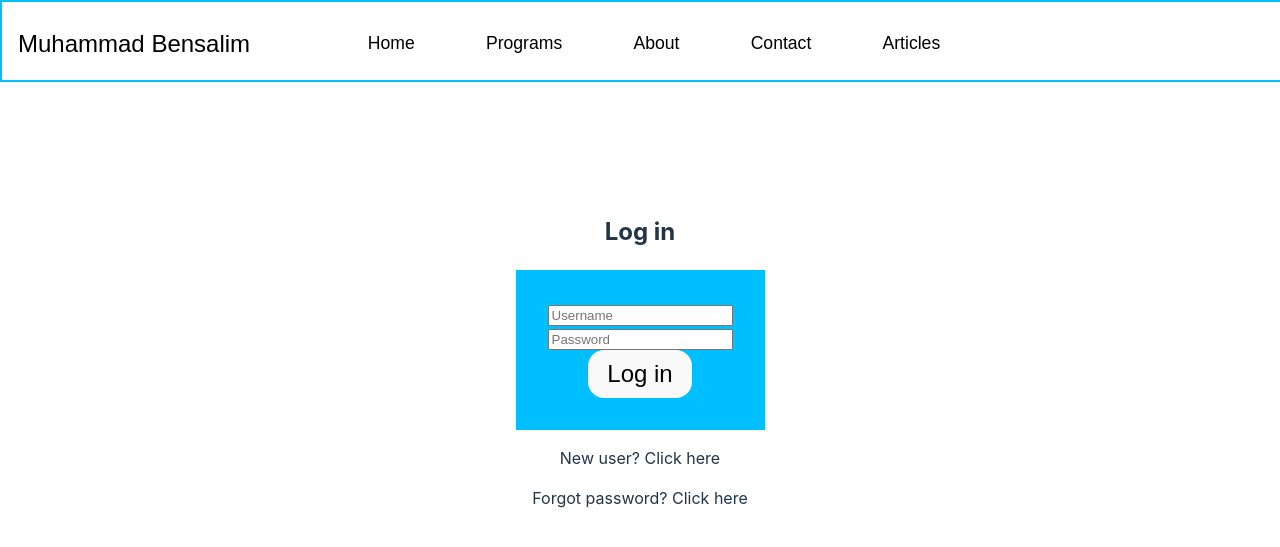
Repository: TMuse333/fitness_templates
Page: /progress
These files come from the project's save history. The page is drawn as it stood at one moment and after the next save; the edit follows.
The browser window is 1280 px wide. The pictures show the whole page.
The project was rebuilt for these pictures with package versions that can differ from the ones it lists, and the page was loaded fresh each time. Also part of the build but not shown: vite.config.js, src/components/herobanner/herobanner.css, src/components/herobanner/herobanner.jsx, src/components/about/about.css, src/components/about/about.jsx, src/components/serviceOffering/serviceOffering.css, src/components/serviceOffering/serviceOffering.jsx, src/data/data.js and 33 more. Imported but missing from the stored project, and not drawn on this page: src/media/best_dunk.mp4.

Above is the page before, as saved 2024-03-09 19:25:28.

After the next save:
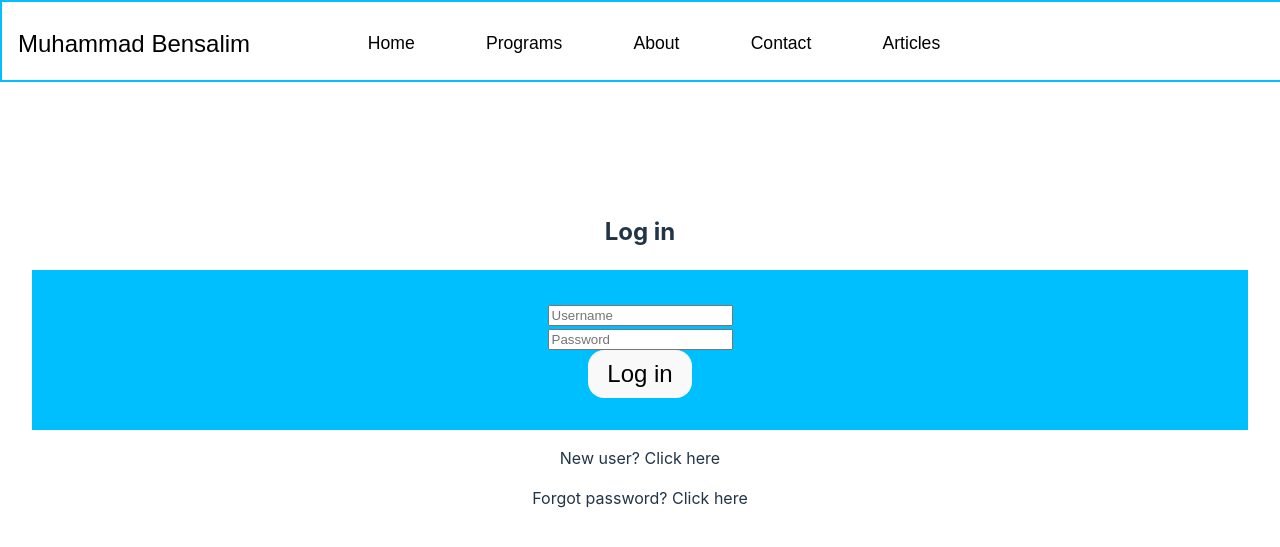
Saved 15 s later.
--- a/src/components/login/login.css
+++ b/src/components/login/login.css
@@ -1,4 +1,5 @@
 .login-box{
     background-color: #00bfff;
     padding:2rem;
+    width:90vw
 }
